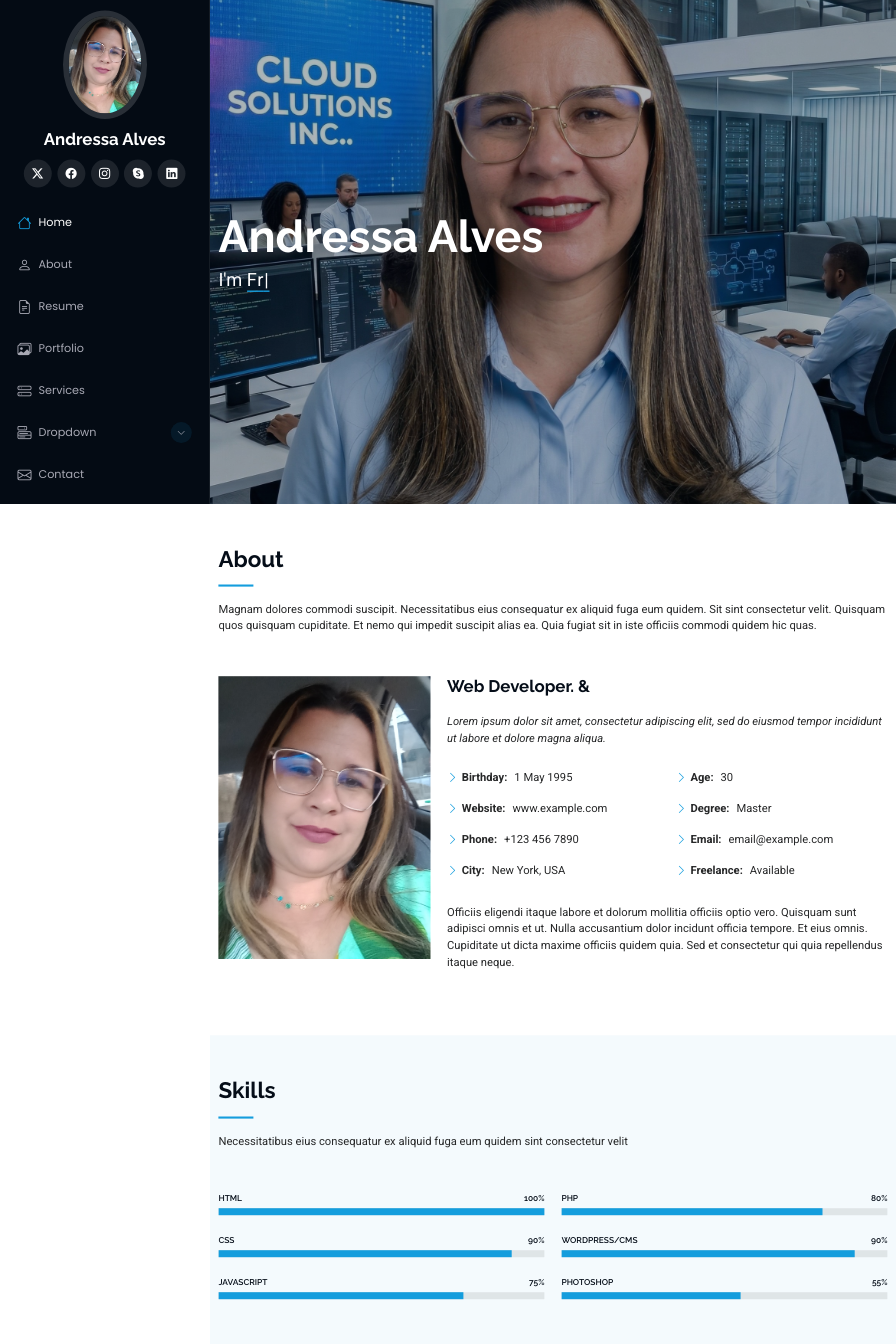
Repository: Andressa-Sim/IPortifolio
Page: index.html
The author's editor kept a copy of each file at every save. The page is drawn from the files as they stood at one save, then again after the next save.
The browser window is 1280 px wide. The pictures show the part of the page from y = 0 to 1920 px (the page is 4705 px tall), at 70% of full size.

Above is the page before, as saved 2026-04-13 14:13:24.

After the next save:
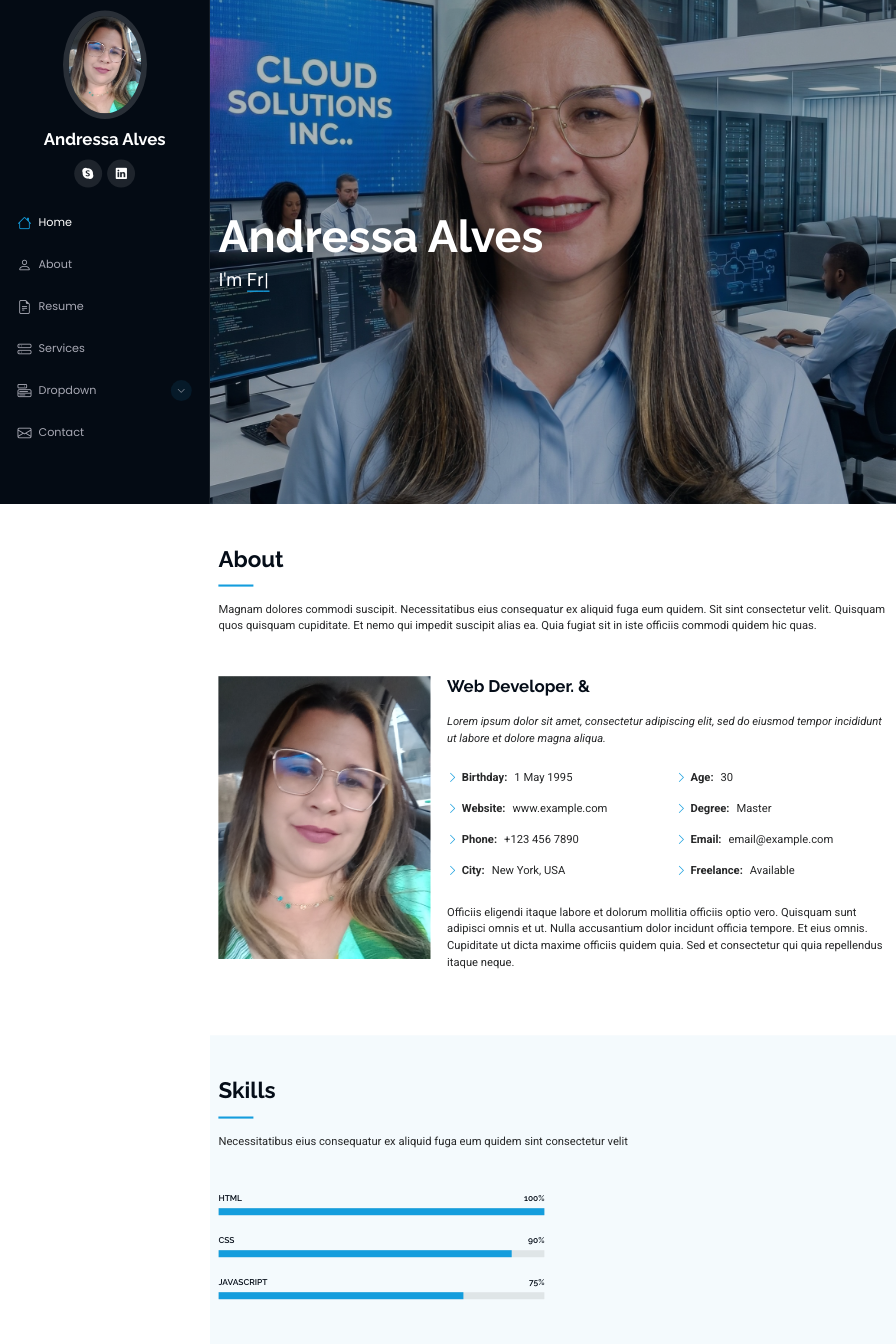
Saved 13 min 59 s later.
--- a/index.html
+++ b/index.html
@@ -52,9 +52,6 @@
     </a>
 
     <div class="social-links text-center">
-      <a href="#" class="twitter"><i class="bi bi-twitter-x"></i></a>
-      <a href="#" class="facebook"><i class="bi bi-facebook"></i></a>
-      <a href="#" class="instagram"><i class="bi bi-instagram"></i></a>
       <a href="#" class="google-plus"><i class="bi bi-skype"></i></a>
       <a href="#" class="linkedin"><i class="bi bi-linkedin"></i></a>
     </div>
@@ -64,7 +61,6 @@
         <li><a href="#hero" class="active"><i class="bi bi-house navicon"></i>Home</a></li>
         <li><a href="#about"><i class="bi bi-person navicon"></i> About</a></li>
         <li><a href="#resume"><i class="bi bi-file-earmark-text navicon"></i> Resume</a></li>
-        <li><a href="#portfolio"><i class="bi bi-images navicon"></i> Portfolio</a></li>
         <li><a href="#services"><i class="bi bi-hdd-stack navicon"></i> Services</a></li>
         <li class="dropdown"><a href="#"><i class="bi bi-menu-button navicon"></i> <span>Dropdown</span> <i class="bi bi-chevron-down toggle-dropdown"></i></a>
           <ul>
@@ -193,36 +189,12 @@
 
           </div>
 
-          <div class="col-lg-6">
-
-            <div class="progress">
-              <span class="skill"><span>PHP</span> <i class="val">80%</i></span>
-              <div class="progress-bar-wrap">
-                <div class="progress-bar" role="progressbar" aria-valuenow="80" aria-valuemin="0" aria-valuemax="100"></div>
-              </div>
-            </div><!-- End Skills Item -->
-
-            <div class="progress">
-              <span class="skill"><span>WordPress/CMS</span> <i class="val">90%</i></span>
-              <div class="progress-bar-wrap">
-                <div class="progress-bar" role="progressbar" aria-valuenow="90" aria-valuemin="0" aria-valuemax="100"></div>
-              </div>
-            </div><!-- End Skills Item -->
-
-            <div class="progress">
-              <span class="skill"><span>Photoshop</span> <i class="val">55%</i></span>
-              <div class="progress-bar-wrap">
-                <div class="progress-bar" role="progressbar" aria-valuenow="55" aria-valuemin="0" aria-valuemax="100"></div>
-              </div>
-            </div><!-- End Skills Item -->
 
           </div>
 
         </div>
-
-      </div>
-
-    </section><!-- /Skills Section -->
+</div>
+       </section><!-- /Skills Section -->
 
     <!-- Resume Section -->
     <section id="resume" class="resume section">
@@ -400,7 +372,7 @@
                 <i class="bi bi-telephone flex-shrink-0"></i>
                 <div>
                   <h3>Call Us</h3>
-                  <p>+1 5589 55488 55</p>
+                  <p>+1 55 34 997716268</p>
                 </div>
               </div><!-- End Info Item -->
 
@@ -408,7 +380,7 @@
                 <i class="bi bi-envelope flex-shrink-0"></i>
                 <div>
                   <h3>Email Us</h3>
-                  <p>info@example.com</p>
+                  <p>andressaasimao@gmail.com</p>
                 </div>
               </div><!-- End Info Item -->
 
